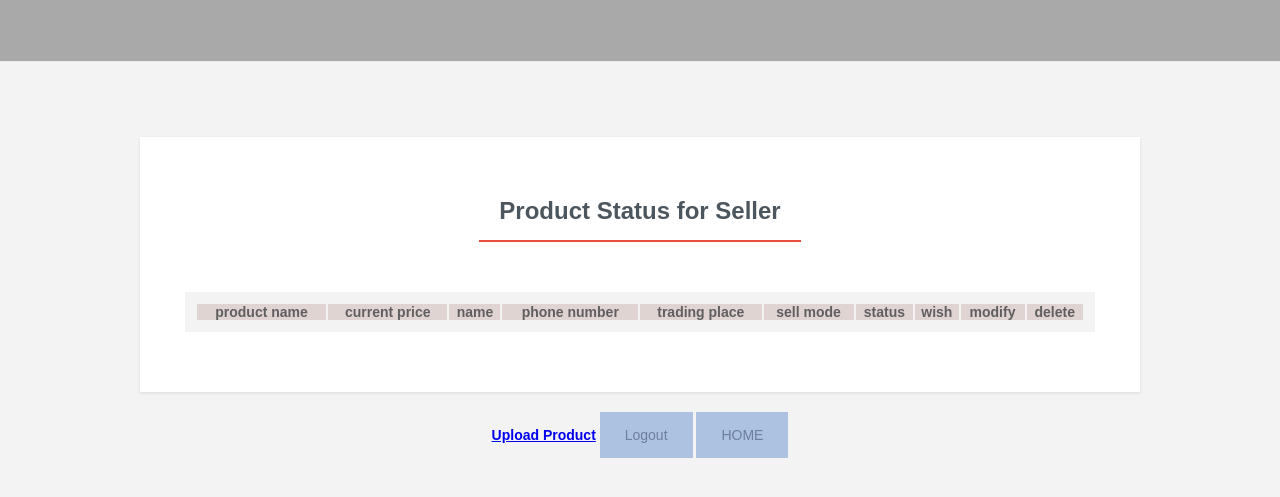
Repository: 0suh/SKKU_Web_project
Page: http://localhost/2018312257_YoungSuhChin_project/productstatus.jsp
An editor plug-in stored every save of this project. The page is shown before and after the next save, followed by the edit.
The browser window is 1280 px wide. The pictures show the whole page.
The page is served by Tomcat 9. Queries for data that is not in the repository find no rows.

Above is the page before, as saved 2020-12-21 15:19:43.

### FinalProject/2018312257_YoungSuhChin_project/WebContent/productstatus.jsp
<%@ page language="java" contentType="text/html; charset=utf-8"
    pageEncoding="utf-8"%>
<%@ page import="java.util.*" %>

<!DOCTYPE html>
<%@ page import = "java.sql.*" %>
<html>
<head>
<meta charset="utf-8">
<title>product status</title>
<link rel="stylesheet" href="css/main.css"> <!-- link with css file -->
<link rel="stylesheet" href="css/login-register.css"> <!-- link with css file -->
</head>
<body>
<ul>
<li></li>
</ul>

<div class="main-content">
<%
response.setContentType("text/html;charset=utf-8");
request.setCharacterEncoding("utf-8"); //set charset, encoding
Class.forName("com.mysql.cj.jdbc.Driver"); //load driver
Connection con=null; //declare connection
Statement stmt=null; //declare statement
ResultSet rs=null; //declare result

try
{
	con=DriverManager.getConnection("jdbc:mysql://localhost:3306/dbuser","root","root"); //create connection
	stmt=con.createStatement();

	String query="select productname,price,name,phonenumber,tradingplace,sellmode,status,wish from product"; //sql select query
	rs=stmt.executeQuery(query); //execute query and store in resultset object rs.
%>
   <form class="form-register" action="memberdelete.jsp" method="post"  > <!-- goto memberdelete.jsp -->

   <div class="form-register-with-ID">
   <div class="form-white-background" style="width:1000px">
     <div class="form-title-row">
    <h1>Product Status for Seller</h1>
    </div>

   <table style="color:#5f5f5f;background-color: #f3f3f3;text-align: center;padding:10px;width:100%;margin:0px auto">

   <tr style="background-color:#e0d4d3">
   <td>product name</td> <!-- table for product name -->
   <td>current price</td> <!-- table for price -->
   <td>name</td> <!-- table for name -->
   <td>phone number</td> <!-- table for phone number -->
   <td>trading place</td> <!-- table for trading place -->
   <td>sell mode</td> <!-- table for sell mode -->
   <td>status</td><!-- table for status -->
   <td>wish</td> <!-- table for the number of wish -->
   <td>modify</td> <!-- table for modify -->
   <td>delete</td> <!-- table for delete -->
   </tr>
   <%
   while(rs.next()){ //get object's field value
	   %>
	   <tr>

	   <td><%=rs.getString("productname") %></td> <!-- get product name -->
	   <td><%=rs.getString("price") %></td> <!-- get price -->
	   <td><%=rs.getString("name") %></td> <!-- get name -->
	   <td><%=rs.getString("phonenumber") %></td> <!-- get phone number -->
	   <td><%=rs.getString("tradingplace") %></td> <!-- get trading place -->
	   <td><%=rs.getString("sellmode") %></td> <!-- get sellmode -->
	   <td><%=rs.getString("status") %></td> <!-- get status -->
	   <td><%=rs.getString("wish") %></td> <!-- get the number of wish -->
	   <td><a href="modifyproduct.jsp?mod=<%=rs.getString("productname") %>" style="text-decoration: none; color:#6caee0">modify</a></td><!-- modify member -->
	   <td><a href="deleteproduct.jsp?del=<%=rs.getString("productname") %>" style="text-decoration: none; color:#6caee0">delete</a></td><!-- delete member -->
     </tr>
     <%
     } //end of the while
   %>
     </table>
     </div>
     <a href="uploadproduct.jsp">Upload Product</a><!-- upload product page -->
     <a href="logout.jsp" class="form-log-in-with-existing">Logout</a> <!-- log out -->

   <a href="welcomeseller.jsp" class="form-log-in-with-existing">HOME</a> <!-- return to home page -seller -->
    </div>
   </form>
   <%
   rs.close(); // ResultSet exit
   stmt.close(); // Statement exit
   con.close();  // Connection exit
}
   catch(SQLException e){
   out.println("err:"+e.toString());
   }
   %>
   </div>

</body>
</html>

### FinalProject/2018312257_YoungSuhChin_project/WebContent/css/main.css
@import url('http://fonts.googleapis.com/css?family=Open+Sans:400,700');

*{ /*entire setting*/
    margin: 0;
    padding: 0;
    box-sizing: border-box;
}

html{
	background-color: #efefef;
}

body{
	font:14px/1.5 Arial, Helvetica, sans-serif;
	margin:0;
}


ul {/*ul design (menu bar)*/
    list-style: none;
    border-bottom: 1px solid #EAEAEA;
    background-color: #A9A9A9;
    padding: 20px;
    margin-top: 0;
    text-align: center;
    margin-bottom: 75px;
}

ul a{/*ul menu bar link design*/
    text-decoration: none;
    color: #FFF;
    text-align: left;
    background-color: #bfcbde;
    padding: 10px 16px;
    border-radius: 2px;
    opacity: 0.8;
    font-size: 16px;
    display: inline-block;
    margin: 4px;
    line-height: 1;
    outline: none;

    transition: 0.2s ease;
}

ul li a.active{ /*menu hyperlink effect*/
    background-color:#bfcbde;
    pointer-events: none;
}

ul li a:hover { /*when mouse is on hyperlink*/
    opacity: 1;
}


ul li{ /*list design*/
    display: inline-block;

}


.main-content{/*main-content div design*/
    margin-bottom: 75px;
}

### FinalProject/2018312257_YoungSuhChin_project/WebContent/css/login-register.css
html{/*entire html color*/
    background-color: #f3f3f3;
}

.form-register{ /*div form-register design*/
    max-width: 1000px;
    width: 100%;
    margin: 0 auto;
    font: bold 14px sans-serif;
    text-align: center;
}

.form-register-with-ID{/*div form register ID*/
    position: relative;
    display: inline-block;
    vertical-align: top;
    margin-right: 30px;
    text-align: center;
}

.form-register-with-ID .form-white-background{/*div form white background design*/
    width: 570px;
    box-sizing: border-box;
    background-color: #ffffff;
    box-shadow: 0 1px 3px 0 rgba(0, 0, 0, 0.1);
    padding: 60px 45px;
    margin-bottom: 35px;
}

.form-register-with-ID .form-row{ /*form low design*/
    text-align: left;
    margin-bottom: 23px;
}

.form-register-with-ID .form-title-row{ /*form title row design*/
    text-align: center;
    margin-bottom: 50px;
}

.form-register-with-ID h1{ /*h1 text design in form register with ID div*/
    display: inline-block;
    box-sizing: border-box;
    color:  #4c565e;
    font-size: 24px;
    padding: 0 20px 15px;
    border-bottom: 2px solid #e74c3c;
    margin: 0;
}

.form-register-with-ID .form-row > label span{ /*label span design*/
    display: inline-block;
    box-sizing: border-box;
    color:  #5f5f5f;
    width: 125px;
    text-align: right;
    padding-right: 25px;
}
.classification-checkbox{ /*input type:check box design*/
	display: inline-block;
	box-sizing:border-box;
	width: 125px;
	text-align:center;
	color:  #5f5f5f;
}
#classification{/*id=classification design*/
	margin-right: 10px;

}
.form-register-with-ID input{/*register input blank design*/
    color:  #5f5f5f;
    box-sizing: border-box;
    width: 230px;
    box-shadow: 1px 2px 4px 0 rgba(0, 0, 0, 0.08);
    padding: 12px 18px;
    border: 1px solid #dbdbdb;
}
.form-register-with-ID button{/*register ID button*/
    display: block;
    border-radius: 2px;
    background-color:  #6caee0;
    color: #ffffff;
    font-weight: bold;
    box-shadow: 1px 2px 4px 0 rgba(0, 0, 0, 0.08);
    padding: 15px 35px;
    border: 0;
    margin: 55px auto 0;
    cursor: pointer;
}

.form-register-with-ID .form-log-in-with-existing{/*form log in with existing-div design*/
    text-decoration: none;
    padding: 15px 25px;
    font-weight: normal;
    color: #6d7f9c;
    background-color: #adc1e0;
}

After the next save:
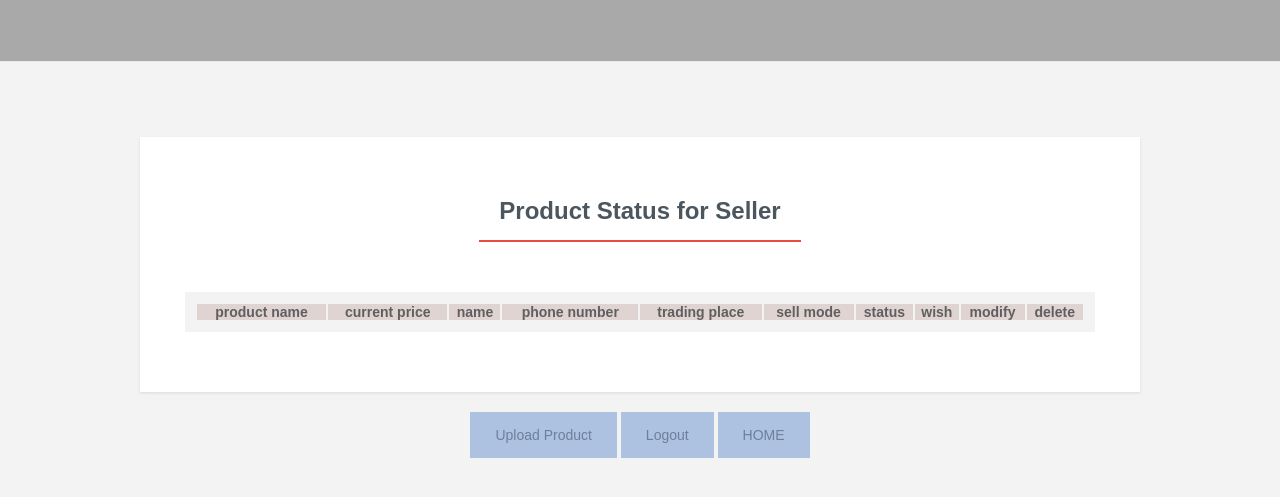
Saved 11 s later.
--- a/FinalProject/2018312257_YoungSuhChin_project/WebContent/productstatus.jsp
+++ b/FinalProject/2018312257_YoungSuhChin_project/WebContent/productstatus.jsp
@@ -76,7 +76,7 @@ try
    %>
      </table>
      </div>
-     <a href="uploadproduct.jsp">Upload Product</a><!-- upload product page -->
+     <a href="uploadproduct.jsp" class="form-log-in-with-existing">Upload Product</a><!-- upload product page -->
      <a href="logout.jsp" class="form-log-in-with-existing">Logout</a> <!-- log out -->
 
    <a href="welcomeseller.jsp" class="form-log-in-with-existing">HOME</a> <!-- return to home page -seller -->
